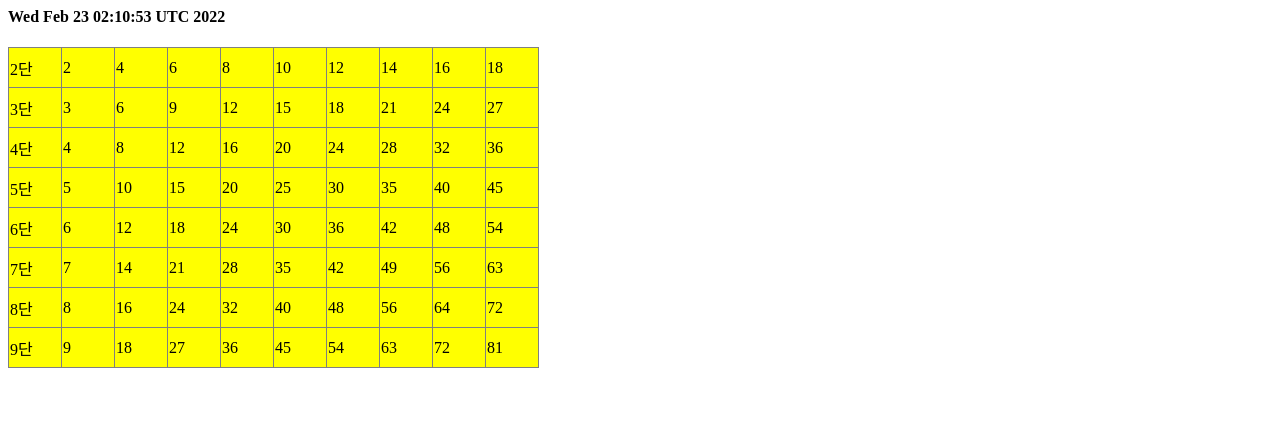
Repository: JavaJin96/kr.or.ddit.WebApp
Page: http://localhost/webStudy01/model2/gugudan.do
The author's editor kept a copy of each file at every save. The page is drawn from the files as they stood at one save, then again after the next save.
The browser window is 1280 px wide. The pictures show the whole page.
The page is served by Tomcat 9. Other server files are loaded and not shown.

Above is the page before, as saved 2022-02-28 03:10:21.

### 6.JspSpring/workspace/webStudy01/webapp/WEB-INF/views/gugudan.jsp
<%@ page contentType="text/html; charset=utf-8"%>
<html>
<style type="text/css">
      table{
         background-color: yellow;
         border-collapse: collapse;
      }
      tr{
      	height : 40px;
      }
      td{
      	width : 50px;
      }
   </style>
<body>
	<h4><%=request.getAttribute("now")%></h4>
	<form>

	</form>
	<table border="1">
		<%=request.getAttribute("gugudan")%>
	</table>
</body>
</html>

### 6.JspSpring/workspace/webStudy01/src/kr/or/ddit/servlet03/Model2GugudanServlet.java
package kr.or.ddit.servlet03;

import java.io.IOException;
import java.util.Calendar;

import javax.servlet.ServletException;
import javax.servlet.annotation.WebServlet;
import javax.servlet.http.HttpServlet;
import javax.servlet.http.HttpServletRequest;
import javax.servlet.http.HttpServletResponse;


@WebServlet("/model2/gugudan.do")
public class Model2GugudanServlet extends HttpServlet{

	@Override
	protected void doGet(HttpServletRequest req, HttpServletResponse resp) throws ServletException, IOException {
		Calendar now = Calendar.getInstance();

		resp.setContentType("text/html; charset=utf-8");
		StringBuffer html = new StringBuffer();

		for(int i = 2; i <= 9; i ++) {
			html.append(String.format("<tr><td> %d단 </td>", i));
			for(int j = 1; j <= 9; j ++) {
				html.append(String.format("<td> %d </td> ",
						i*j));
			}
			html.append("</tr>\n");
		}


		req.setAttribute("now", String.format("%tc", now));
		req.setAttribute("gugudan", html);
		String goPage = "/WEB-INF/views/gugudan.jsp";
		req.getRequestDispatcher(goPage).forward(req, resp);
	}
}

After the next save:
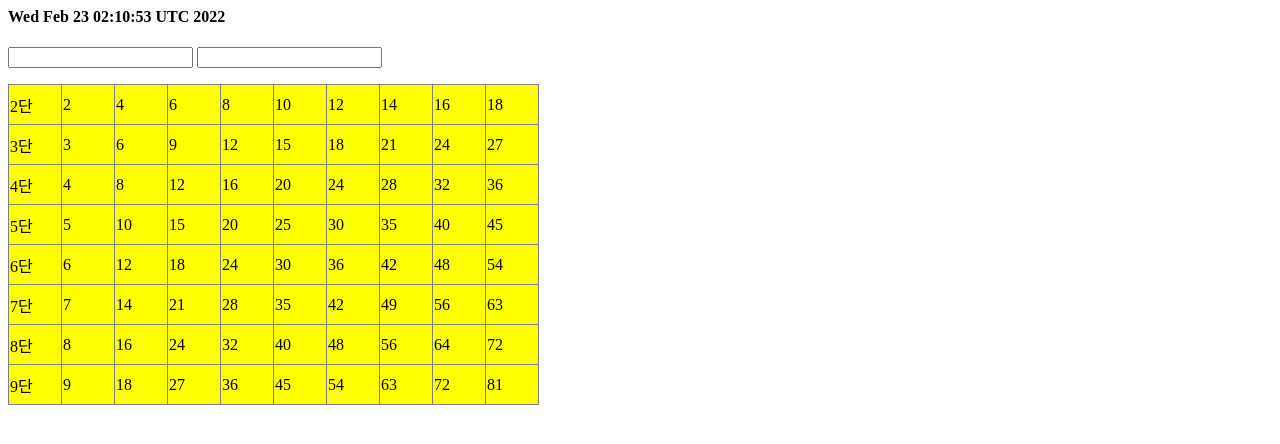
Saved 32 s later.
--- a/6.JspSpring/workspace/webStudy01/webapp/WEB-INF/views/gugudan.jsp
+++ b/6.JspSpring/workspace/webStudy01/webapp/WEB-INF/views/gugudan.jsp
@@ -15,7 +15,8 @@
 <body>
 	<h4><%=request.getAttribute("now")%></h4>
 	<form>
-
+		<input type="" name="minDan">
+		<input type="" name="maxDan">
 	</form>
 	<table border="1">
 		<%=request.getAttribute("gugudan")%>
